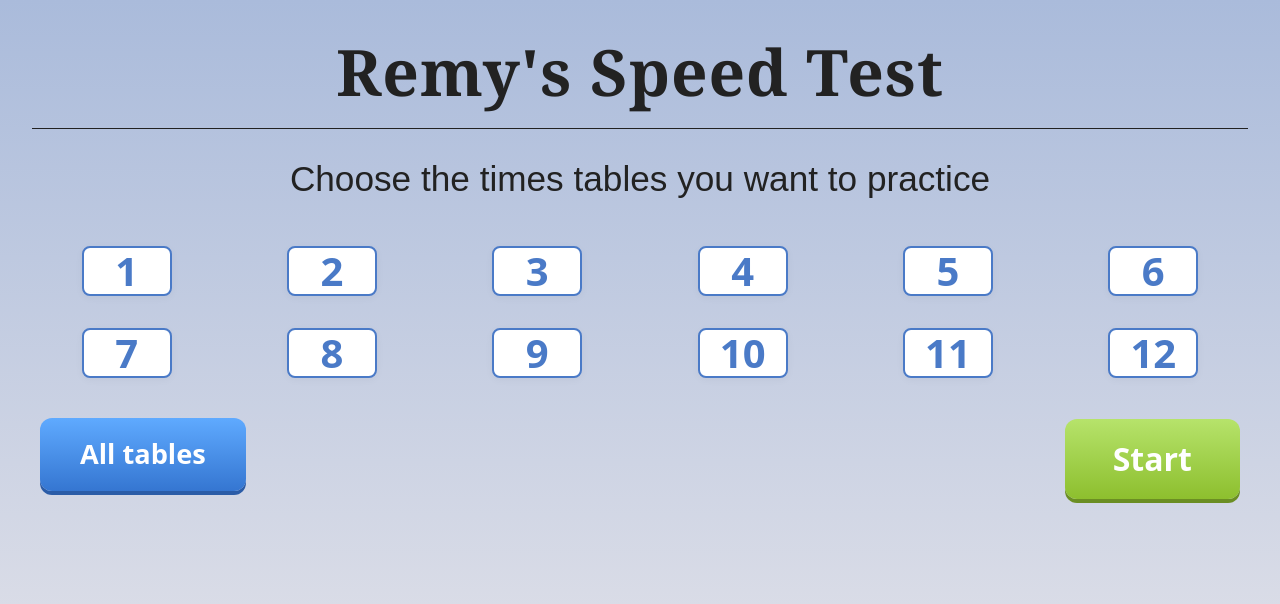
Repository: Chinurum-Omenuko/remys-speed-test
Page: / (app in app/)
An editor plug-in stored every save of this project. The page is shown before and after the next save, followed by the edit.
The browser window is 1280 px wide. The pictures show the whole page.
The project was rebuilt for these pictures with package versions that can differ from the ones it lists, and the page was loaded fresh each time. The framework's server and built-in components were replaced by stand-ins that run in the browser. Also part of the build but not shown: app/svelte.config.js, app/vite.config.ts.

Above is the page before, as saved 2025-11-17 09:54:34.

After the next save:
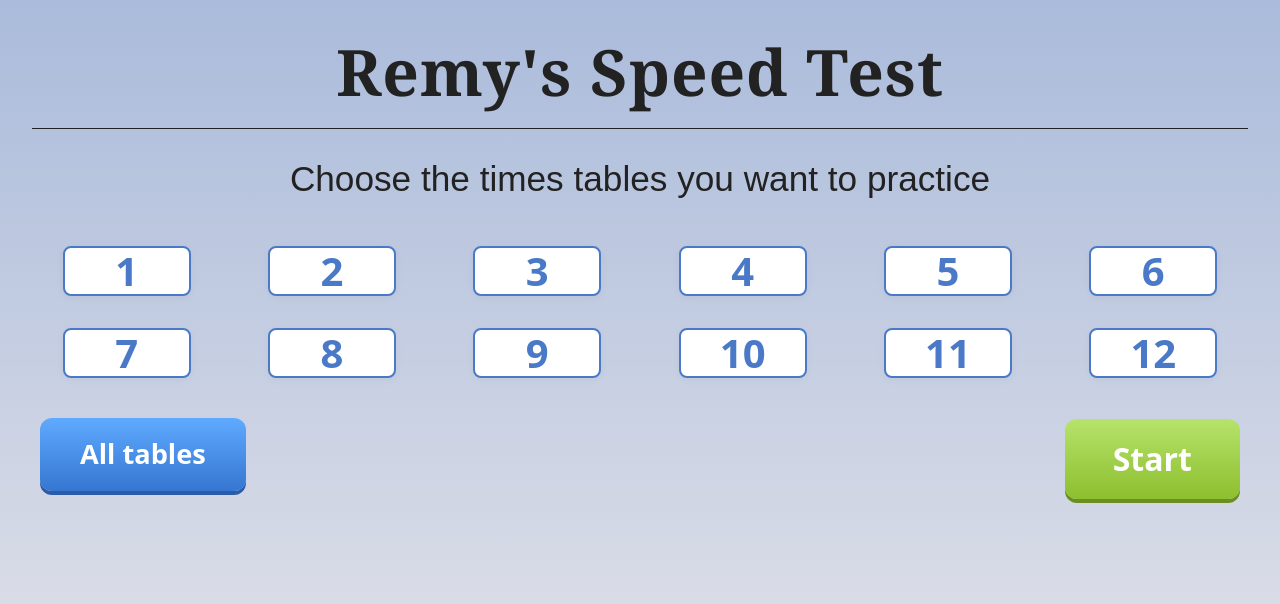
Saved 15 s later.
--- a/app/src/routes/+page.svelte
+++ b/app/src/routes/+page.svelte
@@ -199,7 +199,7 @@
 	@media (min-width: 1200px){
 		.table-btn{
 			height: 50px;
-			width: 90px;
+			width: 10vw;
 		}
 	}
 </style>
